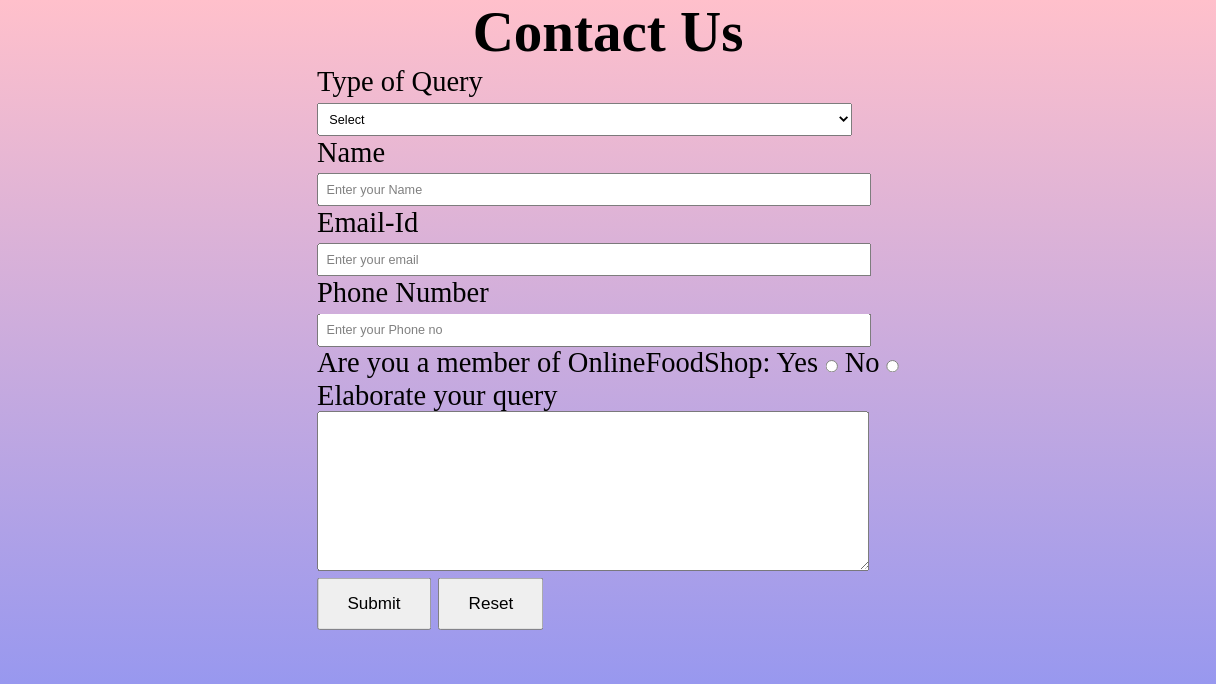
Repository: S12ahana/Food-Ordering-Website
Page: project1/contact.html
These files come from the project's save history. The page is drawn as it stood at one moment and after the next save; the edit follows.
The browser window is 1280 px wide. The pictures show the whole page, at 95% of full size.

Above is the page before, as saved 2025-07-31 11:16:06.

After the next save:
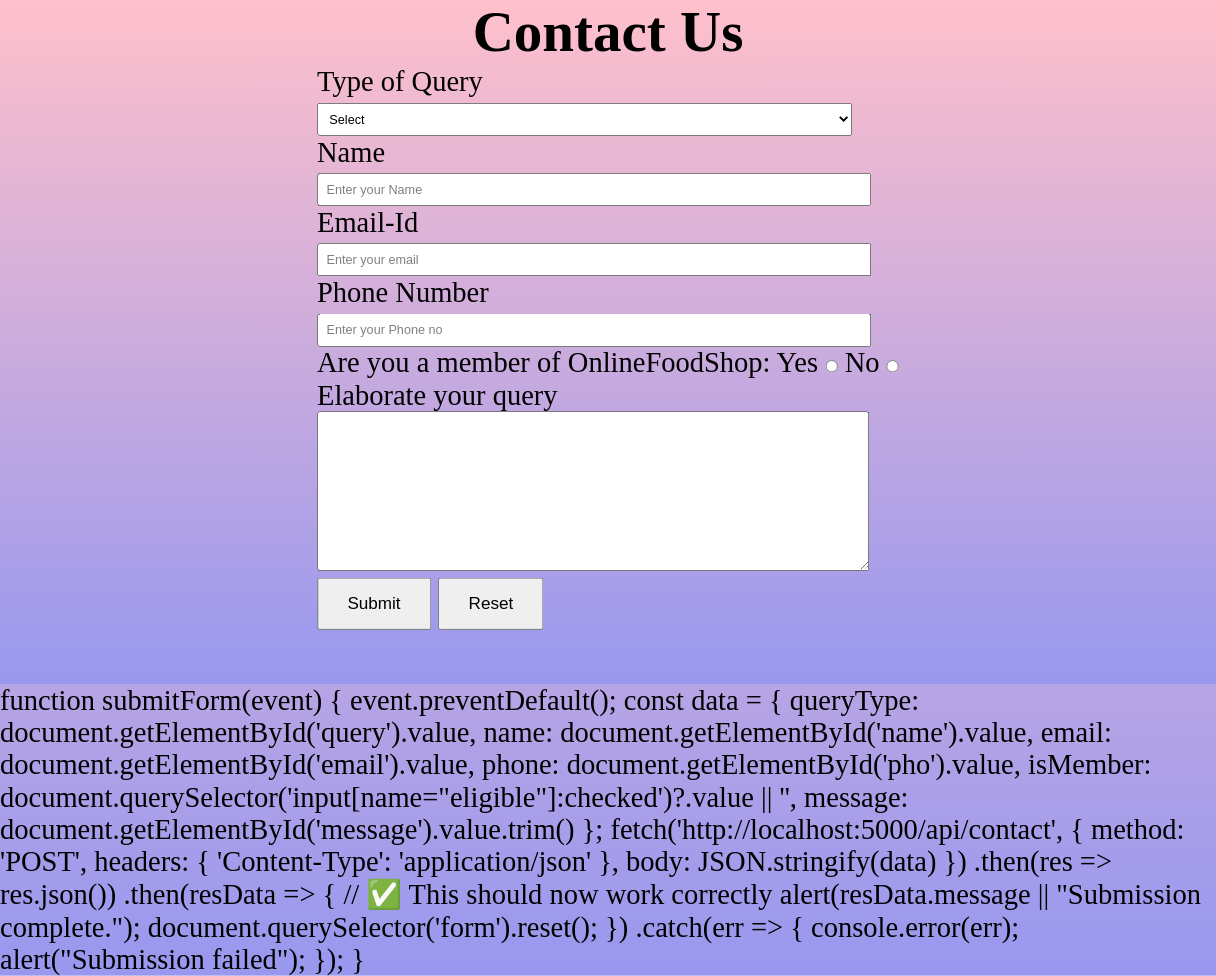
Saved 23 s later.
--- a/project1/contact.html
+++ b/project1/contact.html
@@ -81,35 +81,35 @@
         </form>
     </div>
 
-    <script>
-        function submitForm(event) {
-            event.preventDefault();
+    function submitForm(event) {
+    event.preventDefault();
 
-            const data = {
-                queryType: document.getElementById('query').value,
-                name: document.getElementById('name').value,
-                email: document.getElementById('email').value,
-                phone: document.getElementById('pho').value,
-                isMember: document.querySelector('input[name="eligible"]:checked')?.value || '',
-                message: document.getElementById('message').value.trim()
-            };
+    const data = {
+        queryType: document.getElementById('query').value,
+        name: document.getElementById('name').value,
+        email: document.getElementById('email').value,
+        phone: document.getElementById('pho').value,
+        isMember: document.querySelector('input[name="eligible"]:checked')?.value || '',
+        message: document.getElementById('message').value.trim()
+    };
 
-            fetch('http://localhost:5000/api/contact', {
-                method: 'POST',
-                headers: { 'Content-Type': 'application/json' },
-                body: JSON.stringify(data)
-            })
-            .then(res => res.json())
-            .then(resData => {
-                alert(resData.message);
-                document.querySelector('form').reset();
-            })
-            .catch(err => {
-                console.error(err);
-                alert("Submission failed");
-            });
-        }
-    </script>
+    fetch('http://localhost:5000/api/contact', {
+        method: 'POST',
+        headers: { 'Content-Type': 'application/json' },
+        body: JSON.stringify(data)
+    })
+    .then(res => res.json())
+    .then(resData => {
+        // ✅ This should now work correctly
+        alert(resData.message || "Submission complete.");
+        document.querySelector('form').reset();
+    })
+    .catch(err => {
+        console.error(err);
+        alert("Submission failed");
+    });
+}
+
 </body>
 
 </html>

After the 5 saves that followed:
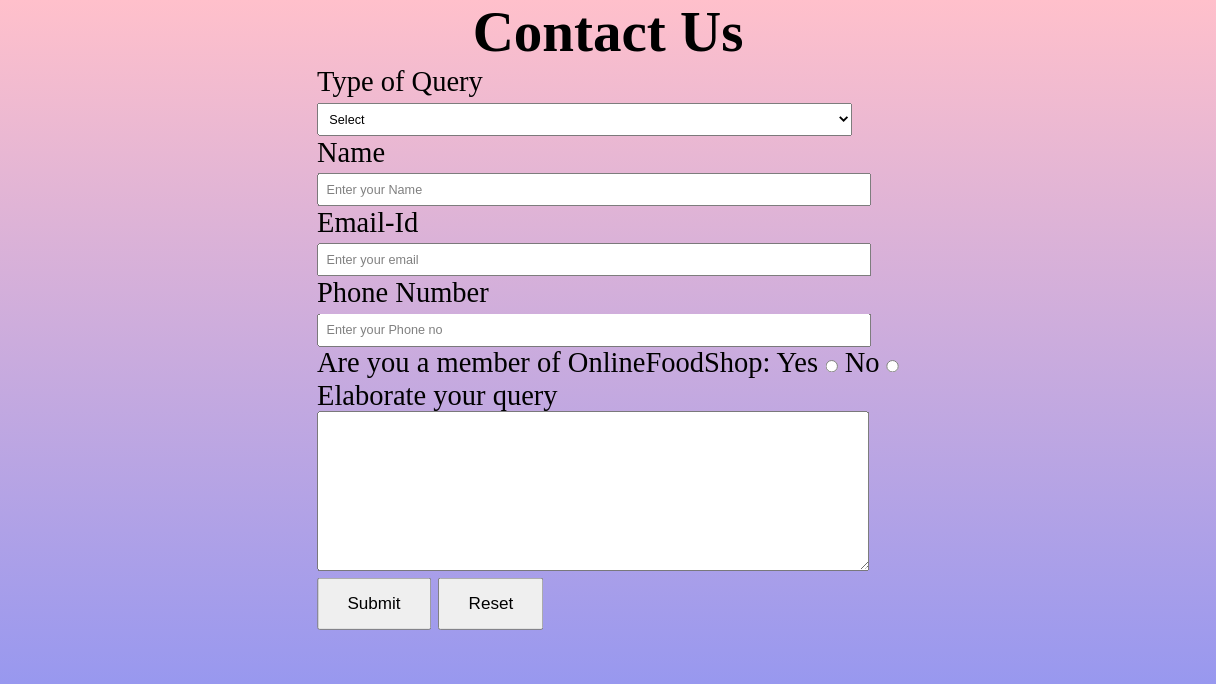
The 5 saves are shown as one change because 1 left the picture as it was and some came seconds apart.
The last was saved 19 s later.
--- a/project1/contact.html
+++ b/project1/contact.html
@@ -80,7 +80,7 @@
             </div>
         </form>
     </div>
-
+    <script>
     function submitForm(event) {
     event.preventDefault();
 
